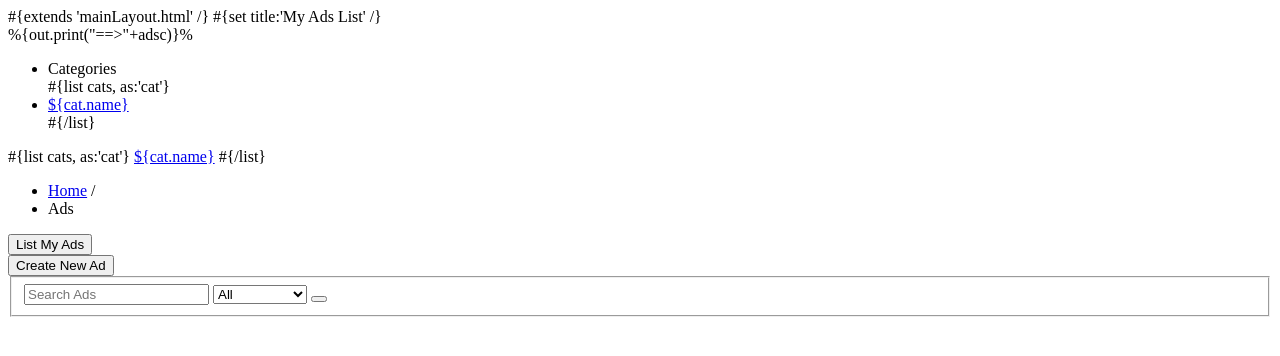
Repository: Maalejm/SEBA
Page: SlifeWebSite/app/views/Ads/index.html
These files come from the project's save history. The page is drawn as it stood at one moment and after the next save; the edit follows.
The browser window is 1280 px wide. The pictures show the whole page.

Above is the page before, as saved 2013-06-17 11:13:50.
Console error: SyntaxError: Invalid or unexpected token

### SlifeWebSite/app/views/Ads/index.html
#{extends 'mainLayout.html' /}
#{set title:'My Ads List' /}




<div class="container-fluid">
%{out.print("==>"+adsc)}%
            <div class="row-fluid">
                <div class="span2">

                    <ul class="nav nav-list">
                        <li class="nav-header">Categories</li>

                        #{list cats, as:'cat'}
                         <li
                         %{ if(cat.id==1) { }%
                          class="active"
                         %{ } }%
                         ><a class="catNav" href="${cat.id}">${cat.name}</a></li>
                        #{/list}

                    </ul>

                    <div>

                      #{list cats, as:'cat'}
                         <span><a class="catNav" href="${cat.id}">${cat.name}</a></span>
                     #{/list}


                    </div>
                    <!--Sidebar content-->
                </div>
                <div class="span10">
                    <ul class="breadcrumb">
                        <li><a href="#">Home</a> <span class="divider">/</span></li>
                        <li class="active">Ads</li>
                    </ul>

                    <div class="btn-group">
                        <button class="btn">List My Ads</button>
                    </div>

                    <div class="btn-group">
                        <button class="btn">Create New Ad</button>
                    </div>

                    <div class="span10 searchForm">

                            <fieldset>

                                <input name="search" class="span7" type="text" id="search"  placeholder="Search Ads" >
                                    <select id="category" class="span3">
                                        <option value="0">All</option>

                                        #{list cats, as:'cat'}
                                        <option value="${cat.id}">${cat.name}</option>
                                        #{/list}
                                    </select>

                                    <button type="submit" class="btn btn-primary"> <i class="icon-search icon-white"></i></button>
                           </fieldset>

                    </div>

                    <div  id="result">





           </div>



                    <!--Body content-->
                </div>
            </div>
        </div>





<script type="text/javascript" charset="${_response_encoding}">

    // Rebuild state

    $('#search').val(sessvars.search)
    //if(sessvars.page == undefined) {
        sessvars.page = 1
    //}

    //if(sessvars.firstPage == undefined) {
        sessvars.firstPage = 1
    //}

    //if(sessvars.lastPage == undefined) {
        sessvars.lastPage = 10
    //}


    // Search function
    var search = function() {


        loadData($('#search').val(),$('#category').val(),10)

    }

    var loadData=function(search,category,size){

    	sessvars.search = search
        sessvars.category = category
        sessvars.size =size //$('#size').val()
        var listAction = #{jsAction @list(':search',':category', ':size', ':page',':firstPage',':lastPage') /}
        $('#result').load(listAction({search: sessvars.search,category :sessvars.category , size: sessvars.size, page: sessvars.page
        	, firstPage: sessvars.firstPage, lastPage: sessvars.lastPage}), function() {


        })

    }

    // Events handler
    $('#submit').click(function() {
        sessvars.page = 1

        search()
    })
    $('#search').keyup(function() {
        sessvars.page = 1

        search()
    })

    $('#category').change(function() {
        sessvars.page = 1

        search()
    })


    $('#nextPage').live('click', function(e) {

    	pageinfo= $(this).attr('href').split(';');
    	sessvars.page =pageinfo[0]
        sessvars.firstPage=pageinfo[1]
        sessvars.lastPage=pageinfo[2]

        e.preventDefault()
        search()
    })

    $('#prePage').live('click', function(e) {
    	pageinfo= $(this).attr('href').split(';');
    	sessvars.page =pageinfo[0]
        sessvars.firstPage=pageinfo[1]
        sessvars.lastPage=pageinfo[2]

        e.preventDefault()
        search()
    })

    $('.pagebtn').live('click', function(e) {

    	pageinfo= $(this).attr('href').split(';');
    	sessvars.page =pageinfo[0]
        sessvars.firstPage=pageinfo[1]
        sessvars.lastPage=pageinfo[2]
        e.preventDefault()
        search()
    })


    $('.catNav').live('click', function(e) {



    	sessvars.page =1
        sessvars.firstPage=1
        sessvars.lastPage=10
        $('#search').val("")
        $('.catNav').parent().removeClass('active');
        $(this).parent().addClass('active');
    	e.preventDefault()

       loadData("",$(this).attr('href'),10)
    })

    // Init
    if(sessvars.search != undefined) {
        search()

    }

</script>

After the next save:
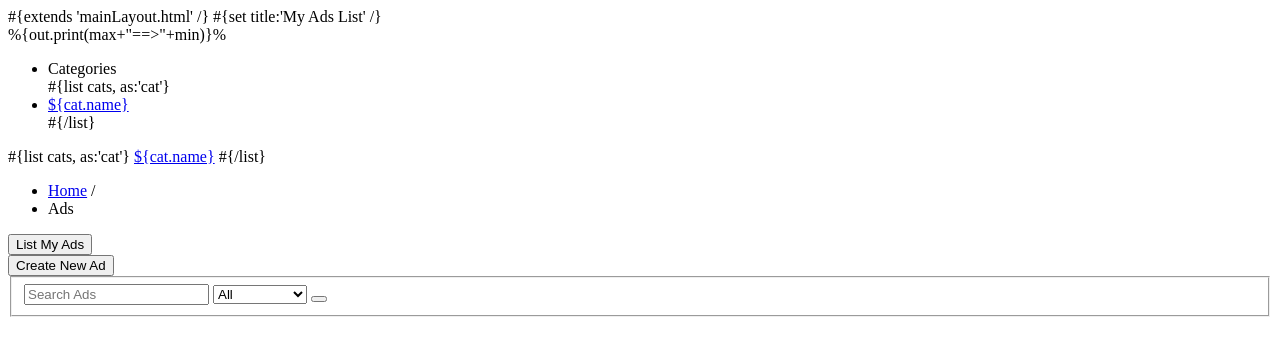
Saved 10 s later.
--- a/SlifeWebSite/app/views/Ads/index.html
+++ b/SlifeWebSite/app/views/Ads/index.html
@@ -5,7 +5,7 @@
 
 
 <div class="container-fluid">
-%{out.print("==>"+adsc)}%
+%{out.print(max+"==>"+min)}%
             <div class="row-fluid">
                 <div class="span2">
 
